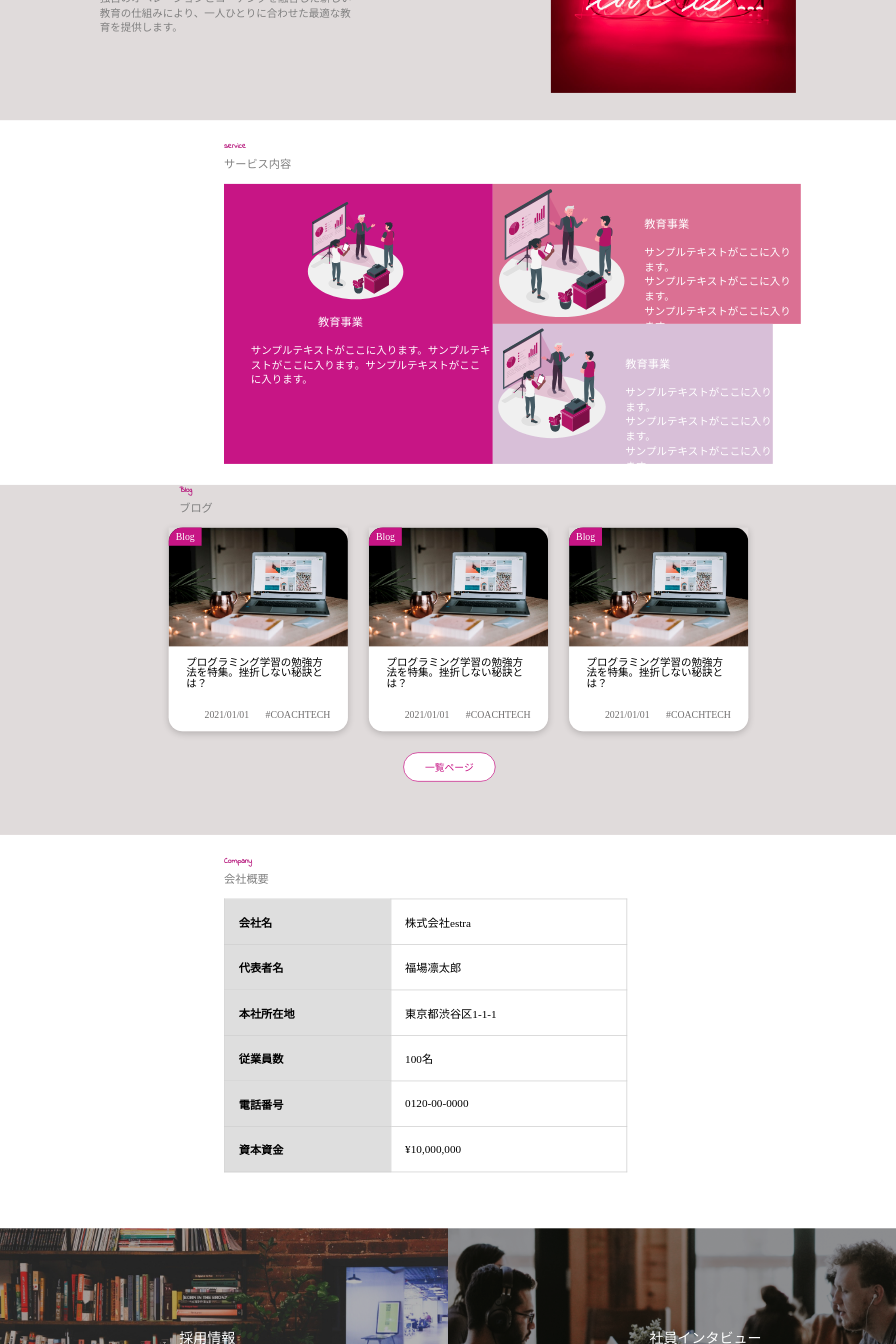
Repository: sigemasaasuka/20210902
Page: index.html
An editor plug-in stored every save of this project. The page is shown before and after the next save, followed by the edit.
The browser window is 1280 px wide. The pictures show the part of the page from y = 1024 to 2944 px (the page is 3297 px tall before and 3426 px after), at 70% of full size.

Above is the page before, as saved 2021-10-06 12:32:29.

After the next save:
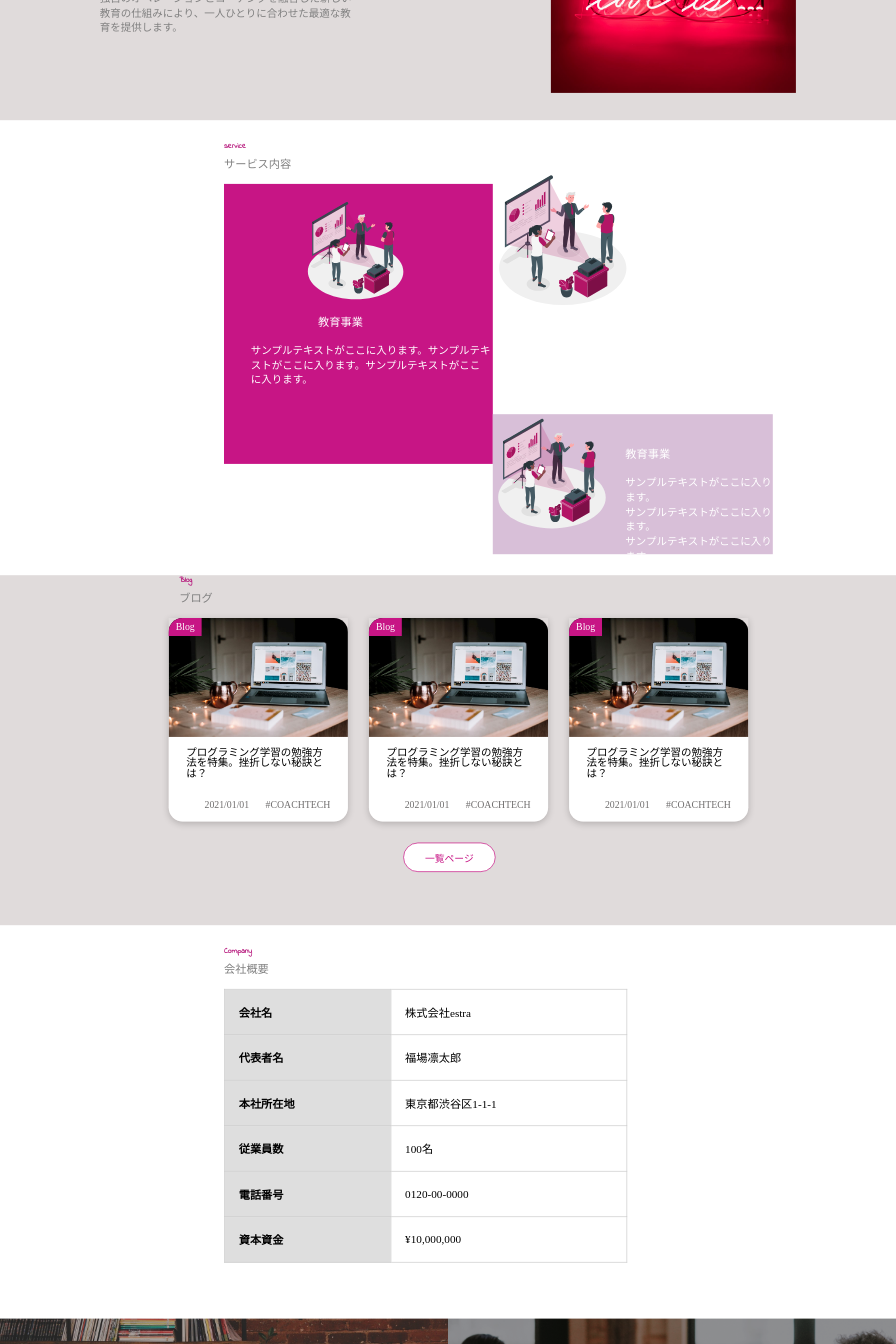
Saved 7 s later.
--- a/css/style.css
+++ b/css/style.css
@@ -208,11 +208,7 @@
   justify-content: space-around;
 }
 .colored3 {
-    display: flex;
-    background-color: #db7093;
-    margin-top: 20px;
-    width: 110%;
-    height: 200px;
+   ht: 200px;
 }
 }
 

After the 3 saves that followed:
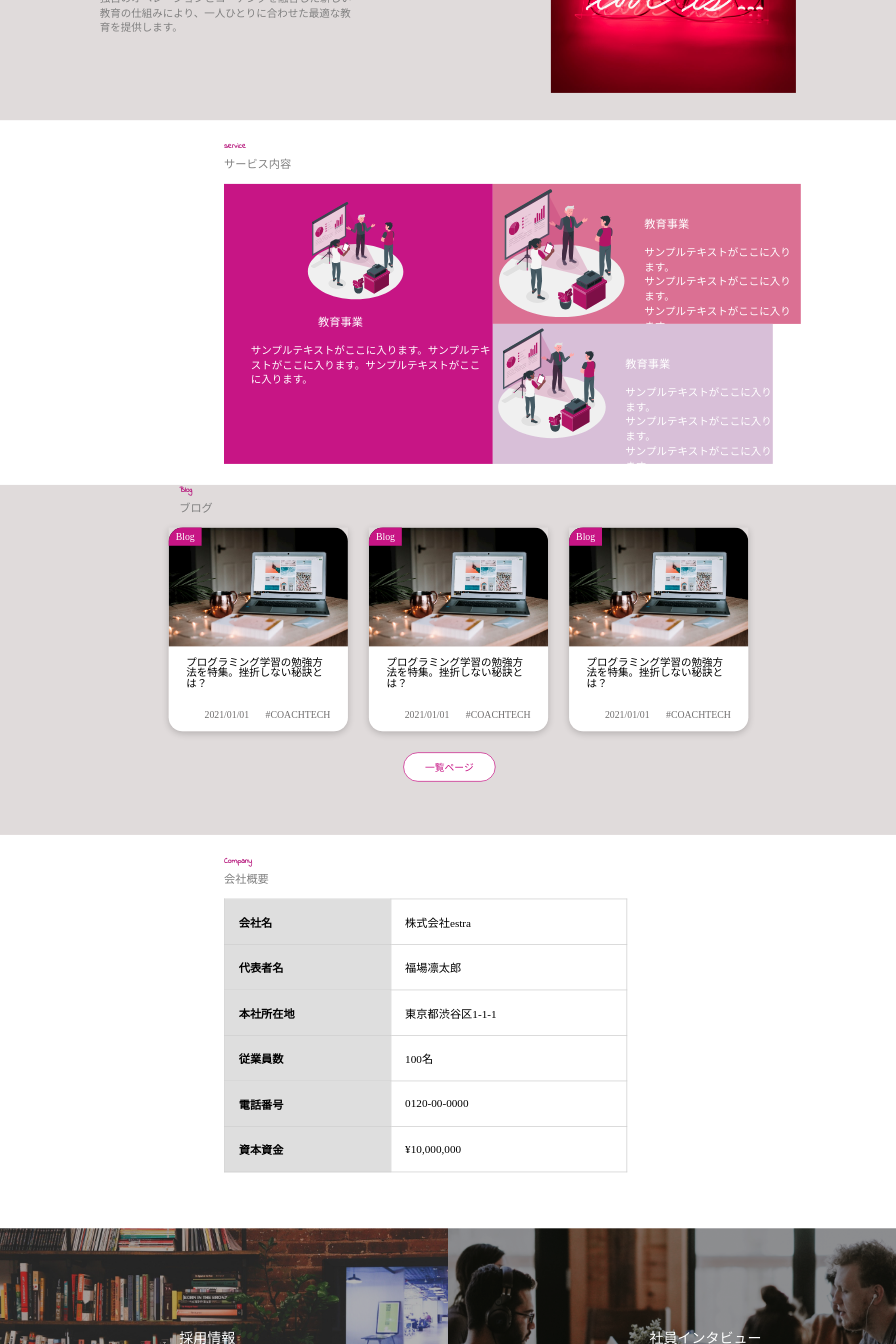
The 3 saves are shown as one change because they came seconds apart.
The last was saved 9 s later.
--- a/css/style.css
+++ b/css/style.css
@@ -208,7 +208,12 @@
   justify-content: space-around;
 }
 .colored3 {
-   ht: 200px;
+   display: flex;
+  background-color: #db7093;
+    margin-top: 20px;
+    width: 110%;
+  height: 200px;
+}ht: 200px;
 }
 }
 
